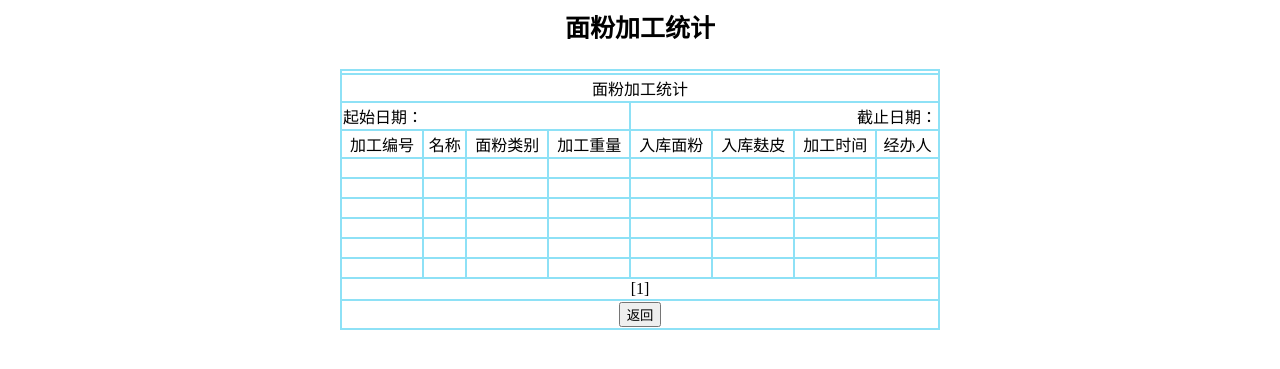
Repository: yuxingyan/OneCrewFlour
Page: http://localhost/Flour/showuse.jsp
The author's editor kept a copy of each file at every save. The page is drawn from the files as they stood at one save, then again after the next save.
The browser window is 1280 px wide. The pictures show the whole page.
The page is served by Tomcat 9. Nobody is signed in. The application's start-up code is not run.

Above is the page before, as saved 2018-01-11 07:21:08.

After the next save:
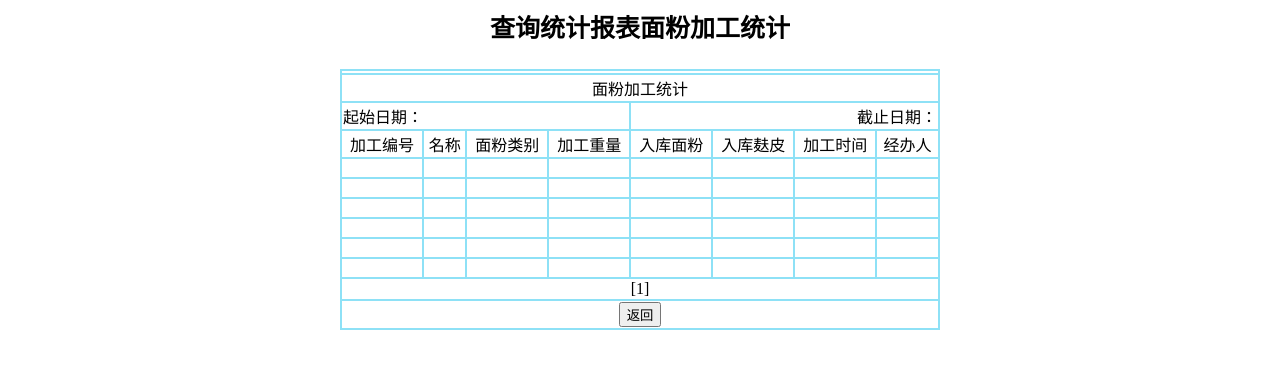
Saved 23 s later.
--- a/Flour/WebRoot/showuse.jsp
+++ b/Flour/WebRoot/showuse.jsp
@@ -25,7 +25,7 @@ String basePath = request.getScheme()+"://"+request.getServerName()+":"+request.
   <body>
      <center>
     <form name="面粉加工统计" action="" method="post">
-   <strong style="font-size:25px">面粉加工统计</p>
+    <strong style="font-size:25px">查询统计报表</b>面粉加工统计</p>
      <table border="1" width="600"  cellspacing="0" bordercolor="#8EE1F6">
     <tr><td colspan="10" ></td></tr>
      <tr height="20px"><td align="center" colspan="8" >面粉加工统计</td></tr>
